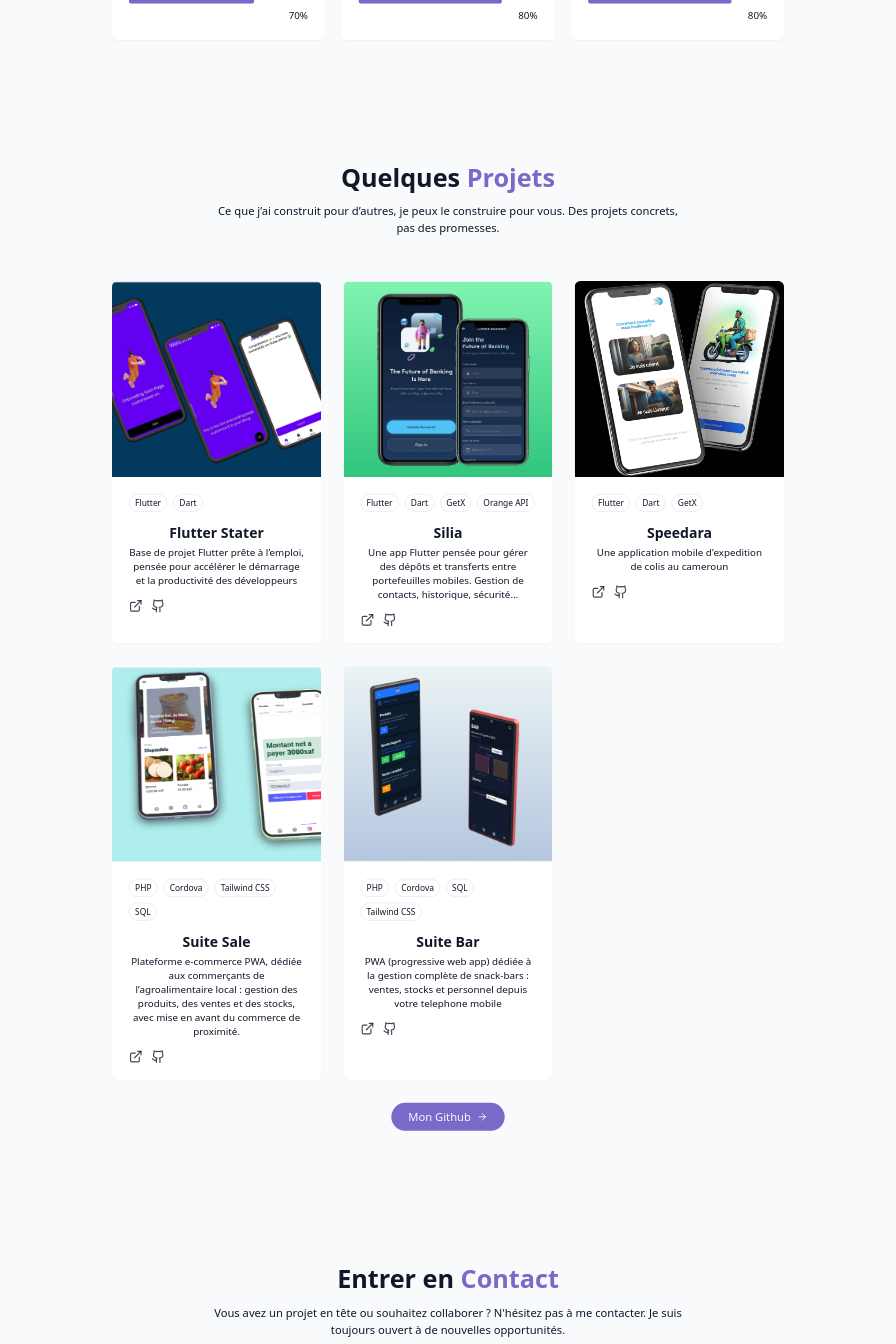
Repository: KOMI18/komi-folio
Page: /
The author's editor kept a copy of each file at every save. The page is drawn from the files as they stood at one save, then again after the next save.
The browser window is 1280 px wide. The pictures show the part of the page from y = 3788 to 5708 px (the page is 6505 px tall), at 70% of full size.
The project was rebuilt for these pictures with package versions that can differ from the ones it lists, and the page was loaded fresh each time. Also part of the build but not shown: vite.config.js, src/pages/NotFound.jsx.

Above is the page before, as saved 2025-06-28 13:41:10.

### index.html
<!doctype html>
<html lang="en">
  <head>
    <meta charset="UTF-8" />
    <link rel="icon" type="image/svg+xml" href="" />
    <meta name="viewport" content="width=device-width, initial-scale=1.0" />
    <title>Parfait Kom</title>
  </head>
  <body>
    <div id="root"></div>
    <script type="module" src="/src/main.jsx"></script>
  </body>
</html>

### src/pages/Home.jsx
import { Navbar } from "../components/Navbar";
import { ThemeToggle } from "../components/ThemeToggle";
import { StarBackground } from "@/components/StarBackground";
import { HeroSection } from "../components/HeroSection";
import { AboutSection } from "../components/AboutSection";
import { SkillsSection } from "../components/SkillsSection";
import { ProjectsSection } from "../components/ProjectsSection";
import { ContactSection } from "../components/ContactSection";
import { Footer } from "../components/Footer";
import {ExperienceSection} from "../components/ExperianceSection"
import { ExpertiseSection } from "../components/ExpertiseSection";
export const Home = () => {
  return (
    <div className="min-h-screen bg-background text-foreground overflow-x-hidden">
      {/* Theme Toggle */}
      <ThemeToggle />
      {/* Background Effects */}
      <StarBackground />

      {/* Navbar */}
      <Navbar />
      {/* Main Content */}
      <main>
        <HeroSection />
        <AboutSection />
        <ExpertiseSection/>
        <ExperienceSection/>
        <SkillsSection />
        <ProjectsSection />
        <ContactSection />
      </main>

      {/* Footer */}
      <Footer />
    </div>
  );
};

### src/components/ui/toaster.jsx
import { useToast } from "@/hooks/use-toast";
import {
  Toast,
  ToastClose,
  ToastDescription,
  ToastProvider,
  ToastTitle,
  ToastViewport,
} from "@/components/ui/toast";

export function Toaster() {
  const { toasts } = useToast();

  return (
    <ToastProvider>
      {toasts.map(function ({ id, title, description, action, ...props }) {
        return (
          <Toast key={id} {...props}>
            <div className="grid gap-1">
              {title && <ToastTitle>{title}</ToastTitle>}
              {description && (
                <ToastDescription>{description}</ToastDescription>
              )}
            </div>
            {action}
            <ToastClose />
          </Toast>
        );
      })}
      <ToastViewport />
    </ToastProvider>
  );
}

### src/components/Navbar.jsx
import { cn } from "@/lib/utils";
import { Menu, X } from "lucide-react";
import { useEffect, useState } from "react";
import { ThemeToggle } from "./ThemeToggle";
const navItems = [
  { name: "Home", href: "#hero" },
  { name: "A Propos", href: "#about" },
  { name: "Experience", href: "#experience" },
  { name: "Competences", href: "#skills" },
  { name: "Projets", href: "#projects" },
  { name: "Contact", href: "#contact" },


];

export const Navbar = () => {
  const [isScrolled, setIsScrolled] = useState(false);
  const [isMenuOpen, setIsMenuOpen] = useState(false);

  useEffect(() => {
    const handleScroll = () => {
      setIsScrolled(window.screenY > 10);
    };

    window.addEventListener("scroll", handleScroll);
    return () => window.removeEventListener("scroll", handleScroll);
  }, []);
  return (
    <nav
      className={cn(
        "fixed w-full z-40 transition-all duration-300",
        isScrolled ? "py-3 bg-background/80 backdrop-blur-md shadow-xs" : "py-5"
      )}
    >
      <div className="container flex items-center justify-between">
        <a
          className="text-xl font-bold text-primary flex items-center"
          href="#hero"
        >
          <span className="relative z-10">
            <span className="text-glow text-foreground"> Parfait  </span>{" "}
            Kom
          </span>
        </a>

        {/* desktop nav */}
        <div className="hidden md:flex space-x-8">
          {navItems.map((item, key) => (
            <a
              key={key}
              href={item.href}
              className="text-foreground/80 hover:text-primary transition-colors duration-300"
            >
              {item.name}
            </a>
          ))}
        </div>

        {/* mobile nav */}

        <div className="flex items-center px-5 justify-end">
          <ThemeToggle />

        <button
          onClick={() => setIsMenuOpen((prev) => !prev)}
          className="md:hidden p-2 text-foreground z-50"
          aria-label={isMenuOpen ? "   Menu" : "Open Menu"}
        >
          {isMenuOpen ? <X size={24} /> : <Menu size={24} />}{" "}
        </button>
        </div>
        <div
          className={cn(
            "fixed inset-0 bg-background/95 backdroup-blur-md z-40 flex flex-col items-center justify-center",
            "transition-all duration-300 md:hidden",
            isMenuOpen
              ? "opacity-100 pointer-events-auto"
              : "opacity-0 pointer-events-none"
          )}
        >
          <div className="flex flex-col space-y-8 text-xl">
            {navItems.map((item, key) => (
              <a
                key={key}
                href={item.href}
                className="text-foreground/80 hover:text-primary transition-colors duration-300"
                onClick={() => setIsMenuOpen(false)}
              >
                {item.name}
              </a>
            ))}
          </div>
        </div>
      </div>
    </nav>
  );
};

### src/components/ThemeToggle.jsx
import { Moon, Sun } from "lucide-react";
import { useEffect, useState } from "react";
import { cn } from "@/lib/utils";

export const ThemeToggle = () => {
  const [isDarkMode, setIsDarkMode] = useState(false);

  useEffect(() => {
    const storedTheme = localStorage.getItem("theme");
    if (storedTheme === "dark") {
      setIsDarkMode(true);
      document.documentElement.classList.add("dark");
    } else {
      localStorage.setItem("theme", "light");
      setIsDarkMode(false);
    }
  }, []);

  const toggleTheme = () => {
    if (isDarkMode) {
      document.documentElement.classList.remove("dark");
      localStorage.setItem("theme", "light");
      setIsDarkMode(false);
    } else {
      document.documentElement.classList.add("dark");
      localStorage.setItem("theme", "dark");
      setIsDarkMode(true);
    }
  };

  return (
    <button
      onClick={toggleTheme}
      className={cn(
        "fixed top-5 right-5 z-30 p-2 rounded-full transition-colors duration-300",
        "focus:outline-none"
      )}
    >
      {isDarkMode ? (
        <Sun className="h-6 w-6 text-yellow-300" />
      ) : (
        <Moon className="h-6 w-6 text-blue-900" />
      )}
    </button>
  );
};

### src/components/StarBackground.jsx
import { useEffect, useState } from "react";

// id, size, x, y, opacity, animationDuration
// id, size, x, y, delay, animationDuration

export const StarBackground = () => {
  const [stars, setStars] = useState([]);
  const [meteors, setMeteors] = useState([]);

  useEffect(() => {
    generateStars();
    generateMeteors();

    const handleResize = () => {
      generateStars();
    };

    window.addEventListener("resize", handleResize);

    return () => window.removeEventListener("resize", handleResize);
  }, []);

  const generateStars = () => {
    const numberOfStars = Math.floor(
      (window.innerWidth * window.innerHeight) / 10000
    );

    const newStars = [];

    for (let i = 0; i < numberOfStars; i++) {
      newStars.push({
        id: i,
        size: Math.random() * 3 + 1,
        x: Math.random() * 100,
        y: Math.random() * 100,
        opacity: Math.random() * 0.5 + 0.5,
        animationDuration: Math.random() * 4 + 2,
      });
    }

    setStars(newStars);
  };

  const generateMeteors = () => {
    const numberOfMeteors = 4;
    const newMeteors = [];

    for (let i = 0; i < numberOfMeteors; i++) {
      newMeteors.push({
        id: i,
        size: Math.random() * 2 + 1,
        x: Math.random() * 100,
        y: Math.random() * 20,
        delay: Math.random() * 15,
        animationDuration: Math.random() * 3 + 3,
      });
    }

    setMeteors(newMeteors);
  };

  return (
    <div className="fixed inset-0 overflow-hidden pointer-events-none z-0">
      {stars.map((star) => (
        <div
          key={star.id}
          className="star animate-pulse-subtle"
          style={{
            width: star.size + "px",
            height: star.size + "px",
            left: star.x + "%",
            top: star.y + "%",
            opacity: star.opacity,
            animationDuration: star.animationDuration + "s",
          }}
        />
      ))}

      {meteors.map((meteor) => (
        <div
          key={meteor.id}
          className="meteor animate-meteor"
          style={{
            width: meteor.size * 50 + "px",
            height: meteor.size * 2 + "px",
            left: meteor.x + "%",
            top: meteor.y + "%",
            animationDelay: meteor.delay,
            animationDuration: meteor.animationDuration + "s",
          }}
        />
      ))}
    </div>
  );
};

### src/components/AboutSection.jsx

import { ArrowRight , Image} from "lucide-react";
import { useEffect } from "react";
export const AboutSection = () => {
   useEffect(() => {
      const observer = new IntersectionObserver(
        (entries) => {
          entries.forEach((entry) => {
            if (entry.isIntersecting) {
              entry.target.classList.add("animate-fade-in-up");
              observer.unobserve(entry.target);
            }
          });
        },
        { threshold: 0.2 }
      );

      const cards = document.querySelectorAll(".about-card");
      cards.forEach((card) => observer.observe(card));

      return () => observer.disconnect();
    }, []);

  return (
    <section id="about" className="py-24 px-4 bg-background">
       <h2 className="text-3xl md:text-4xl font-bold mb-4 py-4 text-center">
          {" "}
          A <span className="text-primary">Propos</span>
        </h2>
      <div className="about-card opacity-0 transition-opacity duration-700 ease-out translate-y-4 container mx-auto max-w-5xl grid grid-cols-1 md:grid-cols-2  gap-12 items-center">
        {/* Image */}
        <div className="order-first md:order-last flex justify-center md:justify-start">
          <div className="w-40 h-40 sm:w-80 sm:h-80 md:w-[500px] md:h-[500px] lg:w-[600px] lg:h-[600px] relative transform rotate-3 rounded-xl overflow-hidden border-4 border-primary shadow-lg transition-transform duration-500 hover:scale-105">
            <img
              src="/projects/parfaitkom.jpeg"
              alt="Parfait Kom"
              className="w-full h-full object-cover"
              width={500}
              height={500}
            />
          </div>
        </div>
        {/* Content */}
        <div className="space-y-6">
          <h2 className="text-3xl md:text-4xl font-bold text-left  md:text-left">
            Je transforme les idées en solutions qui bossent 24h/24 pour vous.
          </h2>

          <p className="text-muted-foreground text-left md:text-left">
            Je suis Parfait Kom, développeur mobile & web indépendant. Je construis des applications solides et utiles pour les PME et entrepreneurs du monde entier. Mon objectif ? Livrer des solutions concrètes, efficaces, sans blabla inutile. Du code propre, des résultats mesurables, et un vrai sens du travail bien fait.
          </p>

          <p className="text-muted-foreground text-left md:text-left">
            Mon approche est simple : comprendre rapidement vos enjeux, proposer des idées concrètes, et livrer des résultats de qualité. Pas de jargon. Pas de perte de temps. Juste du travail bien fait, avec méthode, passion et efficacité.
          </p>

          <div className="flex flex-col sm:flex-row gap-4 pt-2">
            <a href="#contact" className="cosmic-button">
              Entrer en contact
            </a>

            <a
              href="/docs/parfait_kom_cv.pdf"
              download
              className="px-6 py-2 rounded-full border border-primary text-primary hover:bg-primary/10 transition-colors duration-300 flex items-center gap-2"
            >
              Télécharger mon CV <ArrowRight className="w-4 h-4" />
            </a>
          </div>
        </div>
      </div>
    </section>
  );
};

export default AboutSection;

### src/components/ProjectsSection.jsx
import { ArrowRight, ExternalLink, Github } from "lucide-react";

const projects = [

  {
    id: 2,
    title: "Flutter Stater",
    description:
      "Base de projet Flutter prête à l’emploi, pensée pour accélérer le démarrage et la productivité des développeurs",
    image: "/projects/starter.png",
    tags: ["Flutter", "Dart"],
    demoUrl: "#",
    githubUrl: "https://github.com/KOMI18/flutter_starter/tree/master",
  },
  {
    id: 2,
    title: "Silia",
    description:
      "Une app Flutter pensée pour gérer des dépôts et transferts entre portefeuilles mobiles. Gestion de contacts, historique, sécurité…",
    image: "/projects/silia.png",
    tags: ["Flutter", "Dart", "GetX" , "Orange API"],
    // demoUrl: "#",
    githubUrl: "https://github.com/KOMI18/silia",
  },
  {
    id: 3,
    title: "Speedara",
    description:
      "Une application mobile d'expedition de colis au cameroun",
    image: "/projects/speedara.jpeg",
    tags: ["Flutter", "Dart", "GetX" ],
    demoUrl: "#",
    githubUrl: "#",
  },
  {
    id: 2,
    title: "Suite Sale",
    description:
      "Plateforme e-commerce PWA, dédiée aux commerçants de l’agroalimentaire local : gestion des produits, des ventes et des stocks, avec mise en avant du commerce de proximité.",
    image: "/projects/sale.png",
    tags: ["PHP", "Cordova" , "Tailwind CSS" , "SQL"],
    demoUrl: "#",
    githubUrl: "https://cosmopharmalindustry.com/suitesale/app/Pages/Login.php",
  },
  {
    id: 1,
    title: "Suite Bar ",
    description:
      "PWA (progressive web app) dédiée à la gestion complète de snack-bars : ventes, stocks et personnel depuis votre telephone mobile",
    image: "/projects/suite.png",
    tags: ["PHP", "Cordova" , "SQL", "Tailwind CSS"],
    demoUrl: "https://cosmopharmalindustry.com/bragherstudio.suite-ba/pages/user_login.php",
    githubUrl: "#",
  },

];

export const ProjectsSection = () => {
  return (
    <section id="projects" className="py-24 px-4 relative">
      <div className="container mx-auto max-w-5xl">
        <h2 className="text-3xl md:text-4xl font-bold mb-4 text-center">
          {" "}
          Quelques <span className="text-primary">Projets</span>
        </h2>

        <p className="text-center text-muted-foreground mb-12 max-w-2xl mx-auto">
          Ce que j’ai construit pour d’autres, je peux le construire pour vous.
          {" "}
          Des projets concrets, pas des promesses.
        </p>

        <div className="grid grid-cols-1 md:grid-cols-2 lg:grid-cols-3 gap-8">
          {projects.map((project, key) => (
            <div
              key={key}
              className="about-card opacity-0 transition-opacity duration-700 ease-out translate-y-4 group bg-card rounded-lg overflow-hidden shadow-xs card-hover"
            >
              <div className="h-70 overflow-hidden">
                <img
                height={400}
                width={500}
                  src={project.image}
                  alt={project.title}
                  className="w-full h-full object-cover transition-transform duration-500 group-hover:scale-110"
                />
              </div>

              <div className="p-6">
                <div className="flex flex-wrap gap-2 mb-4">
                  {project.tags.map((tag) => (
                    <span className="px-2 py-1 text-xs font-medium border rounded-full bg-secondary text-secondary-foreground">
                      {tag}
                    </span>
                  ))}
                </div>

                <h3 className="text-xl font-semibold mb-1"> {project.title}</h3>
                <p className="text-muted-foreground text-sm mb-4">
                  {project.description}
                </p>
                <div className="flex justify-between items-center">
                  <div className="flex space-x-3">
                    <a
                      href={project.demoUrl}
                      target="_blank"
                      className="text-foreground/80 hover:text-primary transition-colors duration-300"
                    >
                      <ExternalLink size={20} />
                    </a>
                    <a
                      href={project.githubUrl}
                      target="_blank"
                      className="text-foreground/80 hover:text-primary transition-colors duration-300"
                    >
                      <Github size={20} />
                    </a>
                  </div>
                </div>
              </div>
            </div>
          ))}
        </div>
        <div className="text-center mt-12">
          <a
            className="cosmic-button w-fit flex items-center mx-auto gap-2"
            target="_blank"
            href="https://github.com/KOMI18"
          >
             Mon Github <ArrowRight size={16} />
          </a>
        </div>
      </div>
    </section>
  );
};

### src/components/Footer.jsx
import { ArrowUp } from "lucide-react";

export const Footer = () => {
  return (
    <footer className="py-12 px-4 bg-card relative border-t border-border mt-12 pt-8 flex flex-wrap justify-between items-center">
      {" "}
      <p className="text-sm text-muted-foreground">
        {" "}
        &copy; {new Date().getFullYear()} Parfait Kom . All rights reserved.
      </p>
      <a
        href="#hero"
        className="p-2 rounded-full bg-primary/10 hover:bg-primary/20 text-primary transition-colors"
      >
        <ArrowUp size={20} />
      </a>
    </footer>
  );
};

### src/components/ExpertiseSection.jsx
import { useEffect } from "react";
import { Code, User, Briefcase } from "lucide-react";

export const ExpertiseSection = () => {
  const services = [
    {
      icon: <Code className="h-6 w-6 text-primary" />,
      title: "Développement Web",
      description:
        "Des sites solides, rapides, pensés pour convaincre et performer. Rien n'est laissé au hasard."
    },
    {
      icon: <User className="h-6 w-6 text-primary" />,
      title: "Développement Mobile",
      description:
        "Des applications mobiles modernes, stables et fluides. Pensées pour vos utilisateurs, conçues pour durer."
    },
    {
      icon: <Briefcase className="h-6 w-6 text-primary" />,
      title: "Refonte de Site Web",
      description:
        "Un site obsolète, c’est un frein. Je repense, restructure et redonne vie à votre présence en ligne."
    }
  ];

  useEffect(() => {
    const observer = new IntersectionObserver(
      (entries) => {
        entries.forEach((entry) => {
          if (entry.isIntersecting) {
            entry.target.classList.add("animate-fade-in-up");
            observer.unobserve(entry.target);
          }
        });
      },
      { threshold: 0.2 }
    );

    const cards = document.querySelectorAll(".expertise-card");
    cards.forEach((card) => observer.observe(card));

    return () => observer.disconnect();
  }, []);

  return (
    <section id="expertise" className="py-24 px-4 bg-background">
      <div className="container max-w-5xl mx-auto text-center">
        <h2 className="text-3xl md:text-4xl font-bold mb-16">
          Mes <span className="text-primary">Expertises</span>
        </h2>

        <div className="grid grid-cols-1 md:grid-cols-3 gap-8 items-end">
          {services.map((service, index) => (
            <div
              key={index}
              className="expertise-card opacity-0 transition-opacity duration-700 ease-out translate-y-4 relative z-10 bg-card border border-border rounded-xl p-6 shadow-md hover:shadow-lg flex flex-col justify-between"
            >
              <div>
                <div className="absolute -top-4 left-1/2 -translate-x-1/2 bg-background px-3 py-1 rounded-full border border-primary text-primary text-sm font-medium shadow">
                  {service.title}
                </div>
                <div className="flex flex-col items-center pt-10 space-y-4">
                  <div className="p-3 rounded-full bg-primary/10">{service.icon}</div>
                  <p className="text-muted-foreground text-sm text-center">
                    {service.description}
                  </p>
                </div>
              </div>
              {index < services.length  && (
                <svg
                  viewBox="0 0 100 50"
                  preserveAspectRatio="none"
                  className="w-full h-8 mt-4"
                >
                  <path
                    d="M0 0 C 50 50, 50 50, 100 0"
                    stroke="#6366f1"
                    strokeWidth="2"
                    fill="none"
                    strokeDasharray="6 4"
                  />
                </svg>
              )}
            </div>
          ))}
        </div>
      </div>
    </section>
  );
};

Loaded but not shown: src/main.jsx (common file); src/App.jsx (common file); src/lib/utils.js (common file); src/hooks/use-toast.js (144 lines, source omitted); src/components/ContactSection.jsx (235 lines, source omitted); src/components/ExperianceSection.jsx (117 lines, source omitted); src/components/HeroSection.jsx (103 lines, source omitted); src/index.css (214 lines, source omitted); src/components/ui/toast.jsx (102 lines, source omitted); src/components/SkillsSection.jsx (99 lines, source omitted)

After the next save:
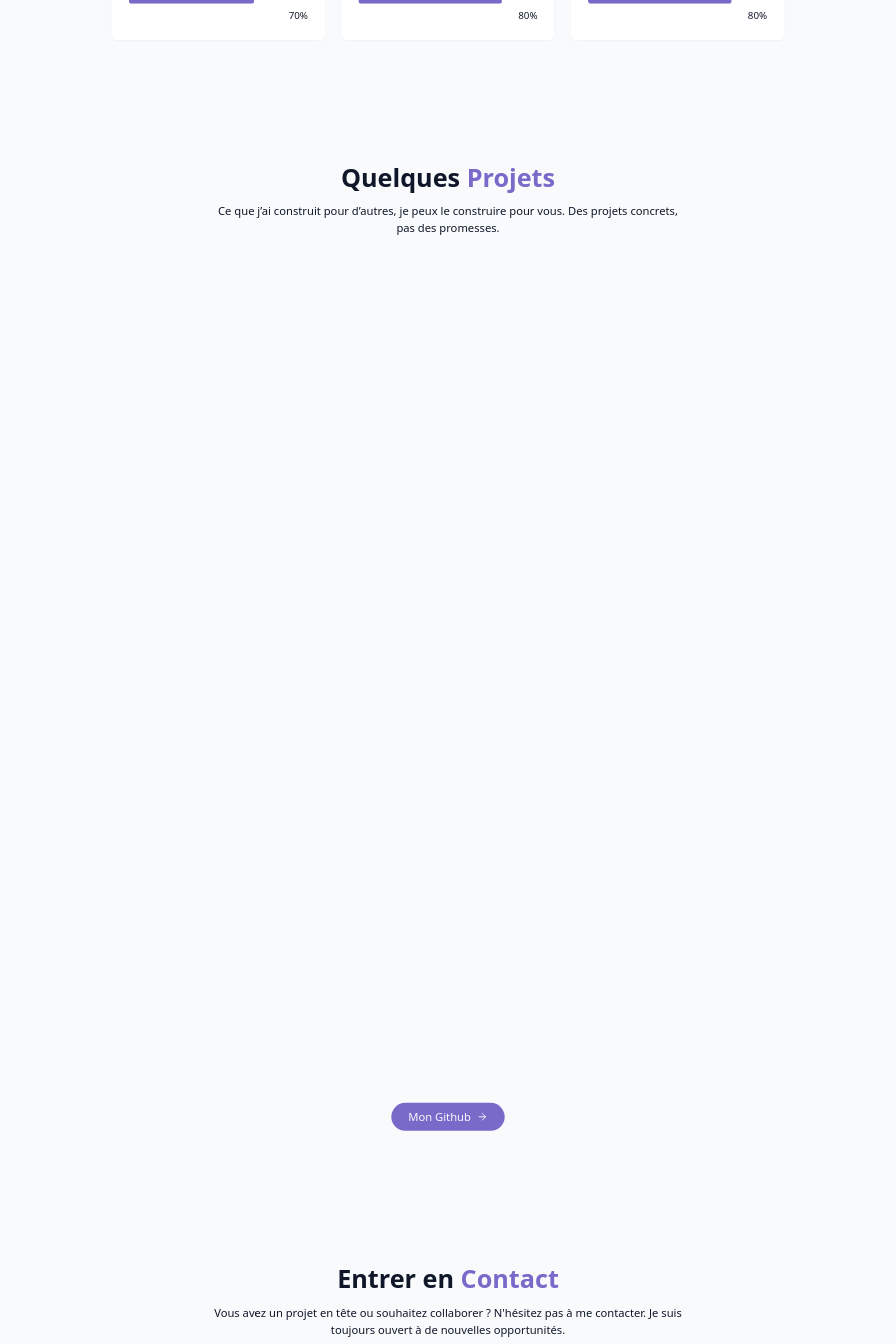
Saved 8 s later.
--- a/src/components/ProjectsSection.jsx
+++ b/src/components/ProjectsSection.jsx
@@ -74,7 +74,7 @@ export const ProjectsSection = () => {
           {projects.map((project, key) => (
             <div
               key={key}
-              className="about-card opacity-0 transition-opacity duration-700 ease-out translate-y-4 group bg-card rounded-lg overflow-hidden shadow-xs card-hover"
+              className="project-card opacity-0 transition-opacity duration-700 ease-out translate-y-4 group bg-card rounded-lg overflow-hidden shadow-xs card-hover"
             >
               <div className="h-70 overflow-hidden">
                 <img
